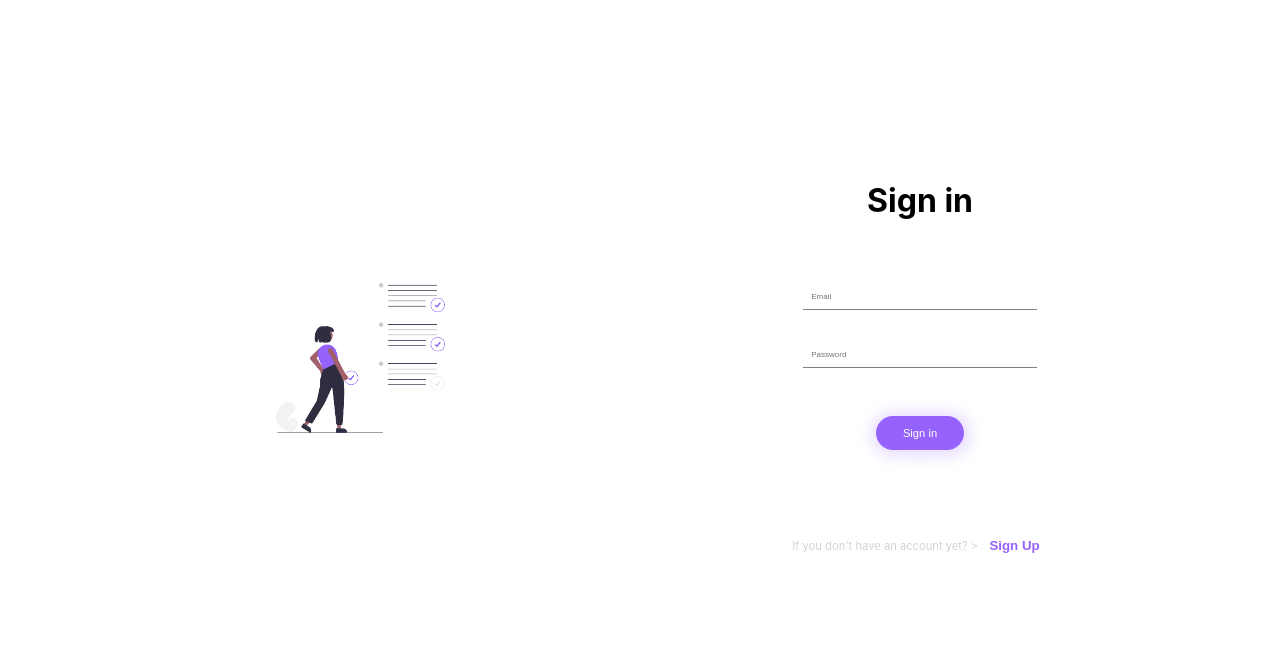
Repository: EEOOOO/wanted-pre-onboarding-fe
Page: / (app in to-do-list-app/)
The author's editor kept a copy of each file at every save. The page is drawn from the files as they stood at one save, then again after the next save.
The browser window is 1280 px wide. The pictures show the whole page.
The project was rebuilt for these pictures with package versions that can differ from the ones it lists, and the page was loaded fresh each time. Also part of the build but not shown: to-do-list-app/src/components/sign_up/sign_up.module.css, to-do-list-app/src/components/sign_up/sign_up.jsx, to-do-list-app/src/components/todoList/todo_list.jsx.

Above is the page before, as saved 2022-08-22 00:51:59.

After the next save:
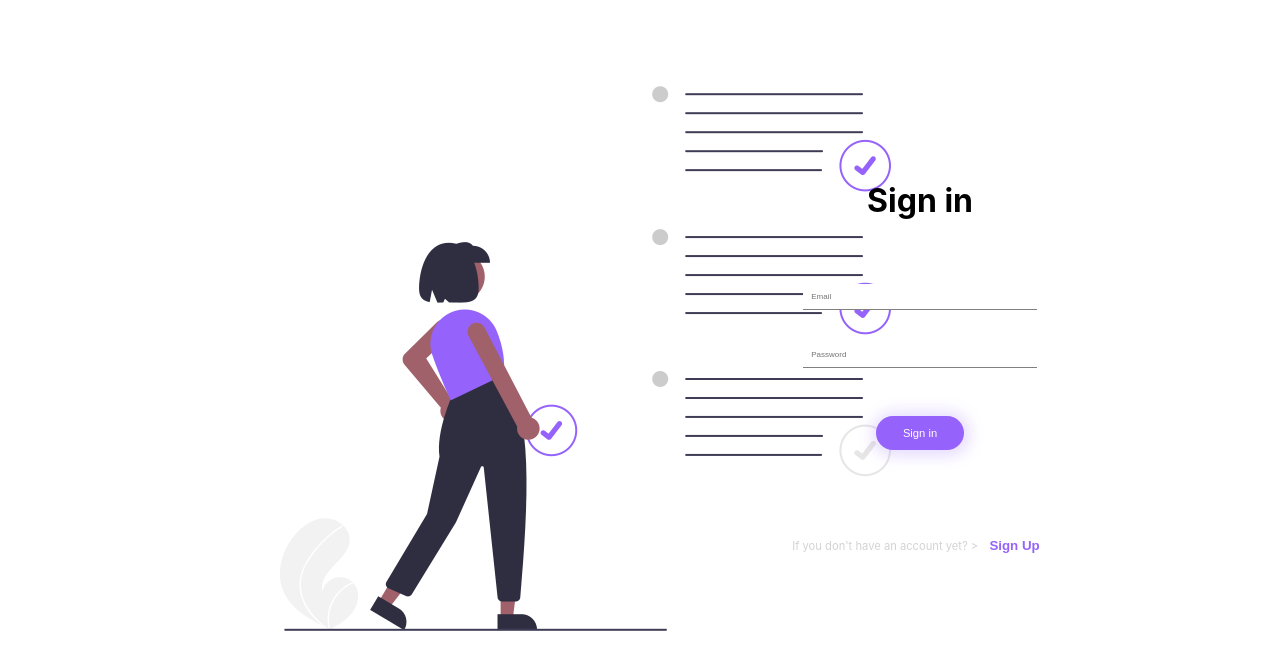
Saved 6 s later.
--- a/to-do-list-app/src/components/login/login.module.css
+++ b/to-do-list-app/src/components/login/login.module.css
@@ -9,7 +9,7 @@
   min-width: 235px;
   max-width: 400px;
 }
-.coverImage {
+.cover {
   width: 50%;
   min-width: 235px;
   max-width: 400px;
